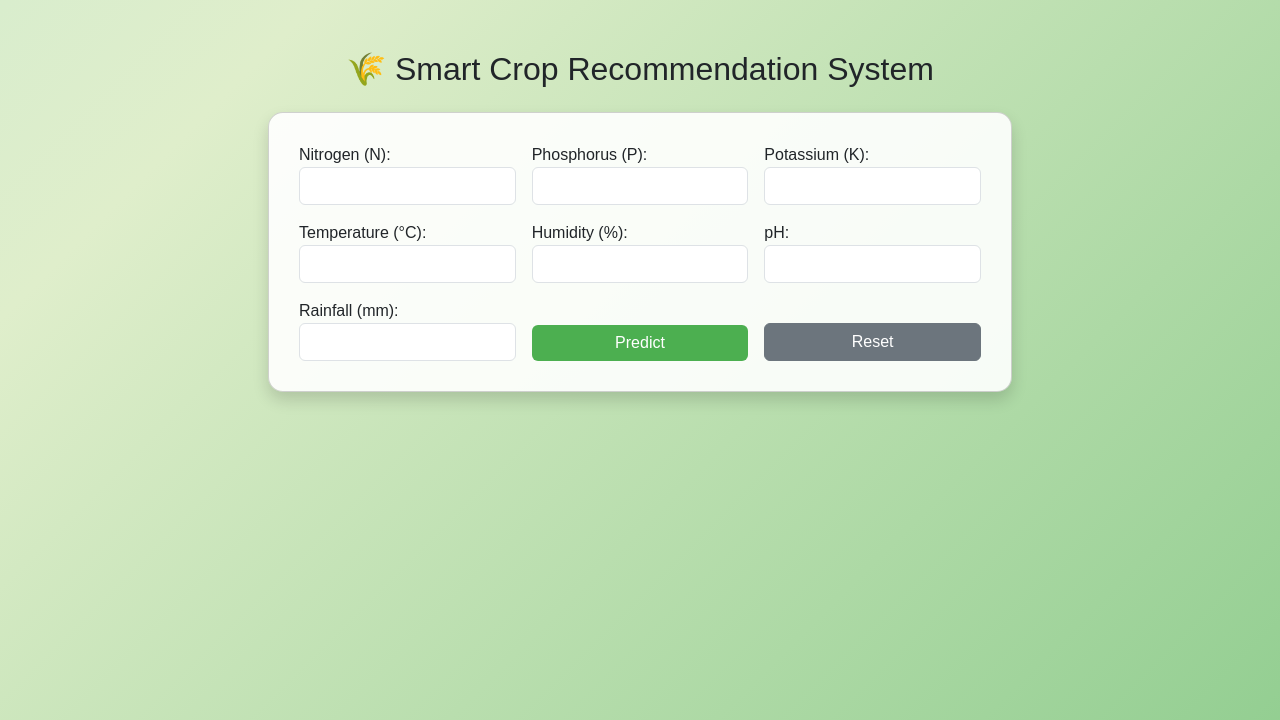
Repository: imdhanush13/Smart-Crop-recom
Page: http://localhost/
These files come from the project's save history. The page is drawn as it stood at one moment and after the next save; the edit follows.
The browser window is 1280 px wide. The pictures show the whole page.
The page is served by the project's application, run on Flask 3 (app.py).

Above is the page before, as saved 2025-06-17 03:27:03.

After the next save:
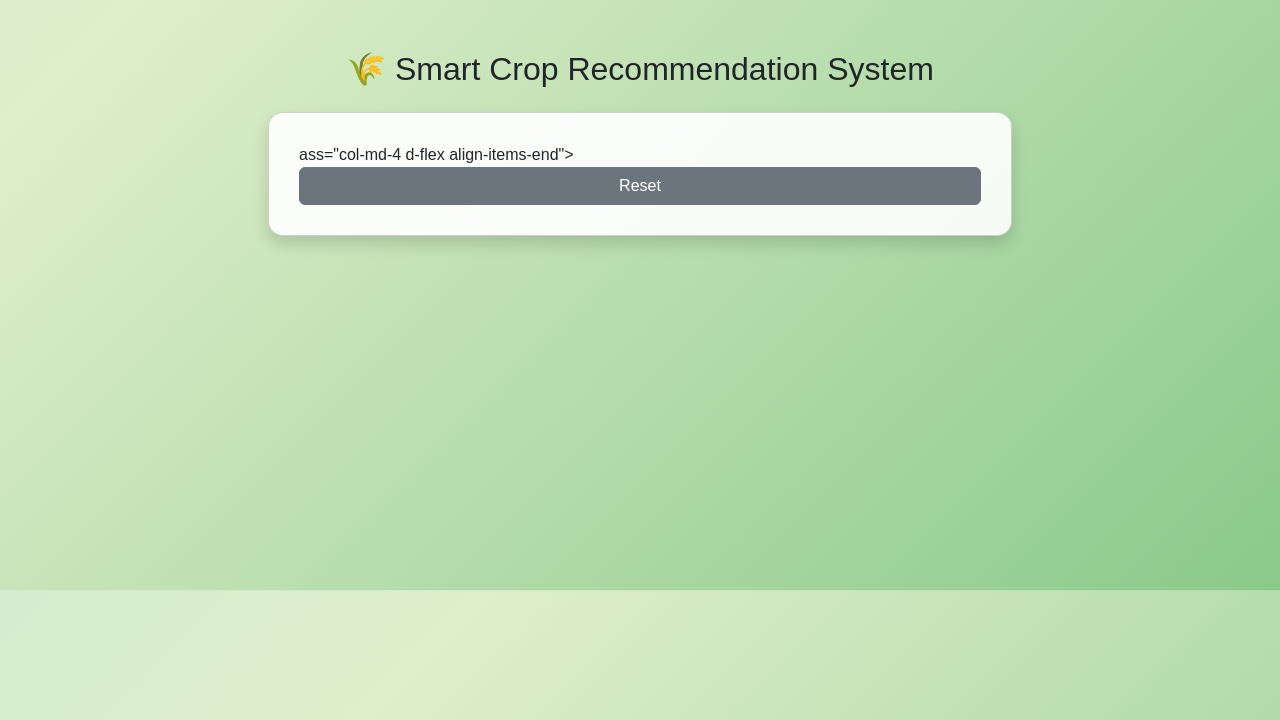
Saved 64 s later.
--- a/templates/index.html
+++ b/templates/index.html
@@ -42,40 +42,7 @@
     <div class="container">
         <h2 class="text-center mb-4">🌾 Smart Crop Recommendation System</h2>
         <div class="card shadow col-lg-8 mx-auto">
-            <form method="POST" action="/predict">
-                <div class="row g-3">
-                    <div class="col-md-4">
-                        <label for="N">Nitrogen (N):</label>
-                        <input type="number" name="N" id="N" class="form-control" required>
-                    </div>
-                    <div class="col-md-4">
-                        <label for="P">Phosphorus (P):</label>
-                        <input type="number" name="P" id="P" class="form-control" required>
-                    </div>
-                    <div class="col-md-4">
-                        <label for="K">Potassium (K):</label>
-                        <input type="number" name="K" id="K" class="form-control" required>
-                    </div>
-                    <div class="col-md-4">
-                        <label for="temperature">Temperature (°C):</label>
-                        <input type="number" step="any" name="temperature" id="temperature" class="form-control" required>
-                    </div>
-                    <div class="col-md-4">
-                        <label for="humidity">Humidity (%):</label>
-                        <input type="number" step="any" name="humidity" id="humidity" class="form-control" required>
-                    </div>
-                    <div class="col-md-4">
-                        <label for="ph">pH:</label>
-                        <input type="number" step="any" name="ph" id="ph" class="form-control" required>
-                    </div>
-                    <div class="col-md-4">
-                        <label for="rainfall">Rainfall (mm):</label>
-                        <input type="number" step="any" name="rainfall" id="rainfall" class="form-control" required>
-                    </div>
-                    <div class="col-md-4 d-flex align-items-end">
-                        <input type="submit" value="Predict" class="btn btn-success w-100">
-                    </div>
-                    <div class="col-md-4 d-flex align-items-end">
+            ass="col-md-4 d-flex align-items-end">
                         <a href="/" class="btn btn-secondary w-100">Reset</a>
                     </div>
                 </div>
